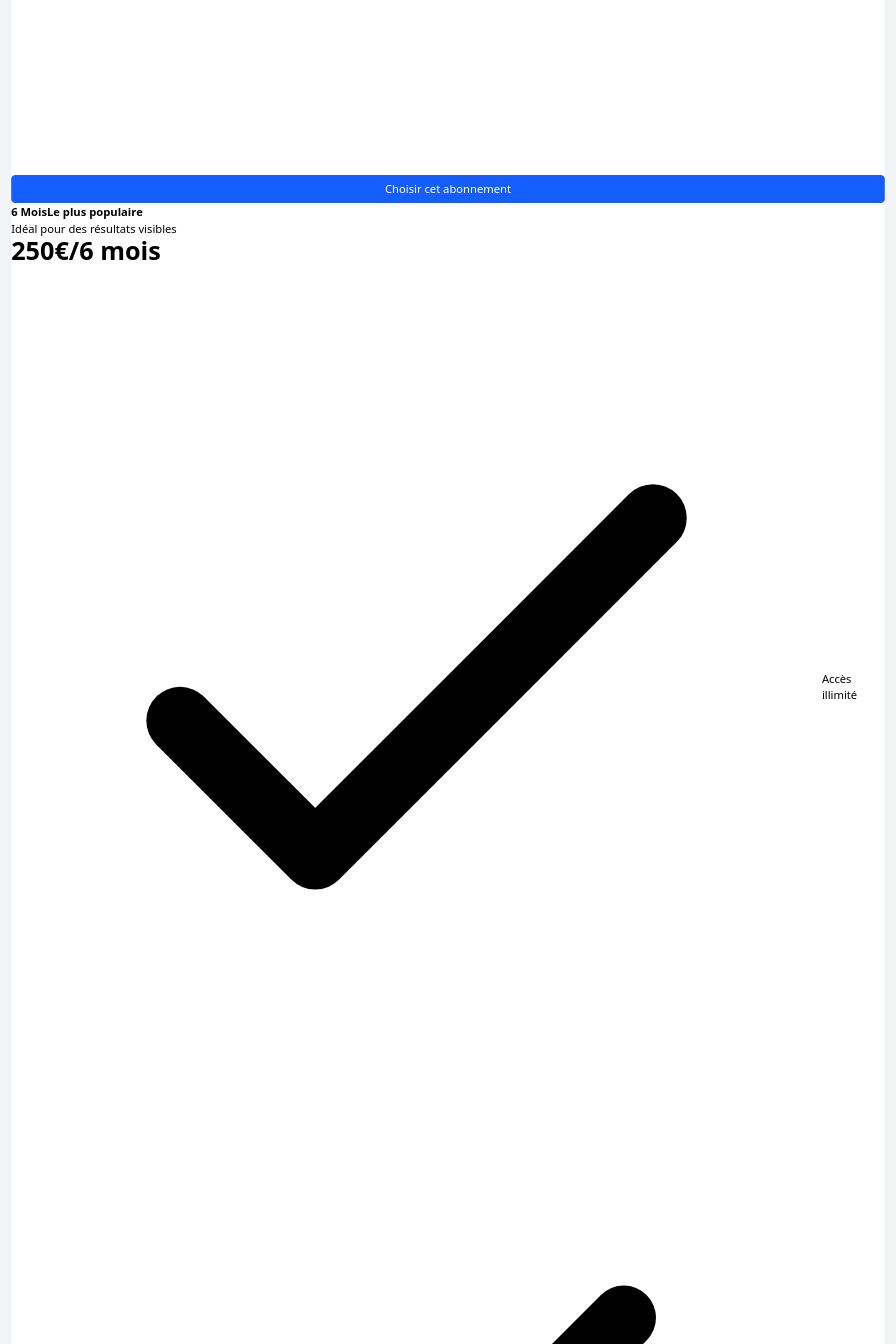
Repository: fahchouchsm/clubSportifWeb
Page: src/pages/showPricing.html
The author's editor kept a copy of each file at every save. The page is drawn from the files as they stood at one save, then again after the next save.
The browser window is 1280 px wide. The pictures show the part of the page from y = 3363 to 5283 px (the page is 14158 px tall before and 14152 px after), at 70% of full size.

Above is the page before, as saved 2025-04-19 18:46:30.

### src/pages/showPricing.html
<!doctype html>
<html lang="fr">
  <head>
    <meta charset="UTF-8" />
    <meta name="viewport" content="width=device-width, initial-scale=1.0" />
    <link rel="stylesheet" href="../css/output.css" />
    <title>Abonnements Gym</title>
  </head>
  <body class="flex min-h-screen items-center justify-center bg-gray-100">
    <div class="w-full max-w-7xl px-4 py-8">
      <h2 class="mb-8 text-center text-3xl font-bold">
        Choisissez Votre Abonnement
      </h2>
      <div class="flex flex-col gap-8 lg:flex-row">
        <!-- Abonnement 3 Mois -->
        <div
          class="flex flex-1 flex-col rounded-lg bg-white p-6 shadow-md transition-transform duration-300 hover:scale-105"
        >
          <h3 class="mb-4 text-xl font-semibold">3 Mois</h3>
          <p class="mb-4 text-gray-600">Parfait pour essayer notre salle</p>
          <p class="mb-6 text-4xl font-bold">
            150€<span class="text-xl font-normal text-gray-600">/3 mois</span>
          </p>
          <ul class="mb-6 flex-grow">
            <li class="mb-2 flex items-center">
              <svg
                class="mr-2 h-5 w-5 text-green-500"
                fill="none"
                stroke="currentColor"
                viewBox="0 0 24 24"
                xmlns="http://www.w3.org/2000/svg"
              >
                <path
                  stroke-linecap="round"
                  stroke-linejoin="round"
                  stroke-width="2"
                  d="M5 13l4 4L19 7"
                ></path>
              </svg>
              Accès illimité
            </li>
            <li class="mb-2 flex items-center">
              <svg
                class="mr-2 h-5 w-5 text-green-500"
                fill="none"
                stroke="currentColor"
                viewBox="0 0 24 24"
                xmlns="http://www.w3.org/2000/svg"
              >
                <path
                  stroke-linecap="round"
                  stroke-linejoin="round"
                  stroke-width="2"
                  d="M5 13l4 4L19 7"
                ></path>
              </svg>
              Cours collectifs inclus
            </li>
            <li class="mb-2 flex items-center">
              <svg
                class="mr-2 h-5 w-5 text-green-500"
                fill="none"
                stroke="currentColor"
                viewBox="0 0 24 24"
                xmlns="http://www.w3.org/2000/svg"
              >
                <path
                  stroke-linecap="round"
                  stroke-linejoin="round"
                  stroke-width="2"
                  d="M5 13l4 4L19 7"
                ></path>
              </svg>
              Accès 7j/7
            </li>
          </ul>
          <button
            class="rounded-md bg-blue-600 px-4 py-2 text-white transition duration-300 hover:bg-blue-700"
          >
            Choisir cet abonnement
          </button>
        </div>

        <!-- Abonnement 6 Mois -->
        <div
          class="flex flex-1 flex-col rounded-lg border-2 border-gray-900 bg-white p-6 shadow-md transition-transform duration-300 hover:scale-105"
        >
          <div class="flex justify-between">
            <h3 class="mb-4 text-xl font-semibold">6 Mois</h3>
            <div class="mb-2">
              <span
                class="rounded-full bg-blue-100 px-3 py-1 text-xs font-semibold text-blue-800"
                >Le plus populaire</span
              >
            </div>
          </div>
          <p class="mb-4 text-gray-600">Idéal pour des résultats visibles</p>
          <p class="mb-6 text-4xl font-bold">
            250€<span class="text-xl font-normal text-gray-600">/6 mois</span>
          </p>
          <ul class="mb-6 flex-grow">
            <li class="mb-2 flex items-center">
              <svg
                class="mr-2 h-5 w-5 text-green-500"
                fill="none"
                stroke="currentColor"
                viewBox="0 0 24 24"
                xmlns="http://www.w3.org/2000/svg"
              >
                <path
                  stroke-linecap="round"
                  stroke-linejoin="round"
                  stroke-width="2"
                  d="M5 13l4 4L19 7"
                ></path>
              </svg>
              Accès illimité
            </li>
            <li class="mb-2 flex items-center">
              <svg
                class="mr-2 h-5 w-5 text-green-500"
                fill="none"
                stroke="currentColor"
                viewBox="0 0 24 24"
                xmlns="http://www.w3.org/2000/svg"
              >
                <path
                  stroke-linecap="round"
                  stroke-linejoin="round"
                  stroke-width="2"
                  d="M5 13l4 4L19 7"
                ></path>
              </svg>
              Cours collectifs inclus
            </li>
            <li class="mb-2 flex items-center">
              <svg
                class="mr-2 h-5 w-5 text-green-500"
                fill="none"
                stroke="currentColor"
                viewBox="0 0 24 24"
                xmlns="http://www.w3.org/2000/svg"
              >
                <path
                  stroke-linecap="round"
                  stroke-linejoin="round"
                  stroke-width="2"
                  d="M5 13l4 4L19 7"
                ></path>
              </svg>
              Accès 7j/7
            </li>
            <li class="mb-2 flex items-center">
              <svg
                class="mr-2 h-5 w-5 text-green-500"
                fill="none"
                stroke="currentColor"
                viewBox="0 0 24 24"
                xmlns="http://www.w3.org/2000/svg"
              >
                <path
                  stroke-linecap="round"
                  stroke-linejoin="round"
                  stroke-width="2"
                  d="M5 13l4 4L19 7"
                ></path>
              </svg>
              1 séance coaching offerte
            </li>
          </ul>
          <button
            class="rounded-md bg-blue-600 px-4 py-2 text-white transition duration-300 hover:bg-blue-700"
          >
            Choisir cet abonnement
          </button>
        </div>

        <!-- Abonnement 1 An -->
        <div
          class="flex flex-1 flex-col rounded-lg bg-white p-6 shadow-md transition-transform duration-300 hover:scale-105"
        >
          <h3 class="mb-4 text-xl font-semibold">1 An</h3>
          <p class="mb-4 text-gray-600">Le meilleur rapport qualité-prix</p>
          <p class="mb-6 text-4xl font-bold">
            400€<span class="text-xl font-normal text-gray-600">/an</span>
          </p>
          <ul class="mb-6 flex-grow">
            <li class="mb-2 flex items-center">
              <svg
                class="mr-2 h-5 w-5 text-green-500"
                fill="none"
                stroke="currentColor"
                viewBox="0 0 24 24"
                xmlns="http://www.w3.org/2000/svg"
              >
                <path
                  stroke-linecap="round"
                  stroke-linejoin="round"
                  stroke-width="2"
                  d="M5 13l4 4L19 7"
                ></path>
              </svg>
              Accès illimité
            </li>
            <li class="mb-2 flex items-center">
              <svg
                class="mr-2 h-5 w-5 text-green-500"
                fill="none"
                stroke="currentColor"
                viewBox="0 0 24 24"
                xmlns="http://www.w3.org/2000/svg"
              >
                <path
                  stroke-linecap="round"
                  stroke-linejoin="round"
                  stroke-width="2"
                  d="M5 13l4 4L19 7"
                ></path>
              </svg>
              Cours collectifs inclus
            </li>
            <li class="mb-2 flex items-center">
              <svg
                class="mr-2 h-5 w-5 text-green-500"
                fill="none"
                stroke="currentColor"
                viewBox="0 0 24 24"
                xmlns="http://www.w3.org/2000/svg"
              >
                <path
                  stroke-linecap="round"
                  stroke-linejoin="round"
                  stroke-width="2"
                  d="M5 13l4 4L19 7"
                ></path>
              </svg>
              Accès 7j/7
            </li>
            <li class="mb-2 flex items-center">
              <svg
                class="mr-2 h-5 w-5 text-green-500"
                fill="none"
                stroke="currentColor"
                viewBox="0 0 24 24"
                xmlns="http://www.w3.org/2000/svg"
              >
                <path
                  stroke-linecap="round"
                  stroke-linejoin="round"
                  stroke-width="2"
                  d="M5 13l4 4L19 7"
                ></path>
              </svg>
              3 séances coaching offertes
            </li>
            <li class="mb-2 flex items-center">
              <svg
                class="mr-2 h-5 w-5 text-green-500"
                fill="none"
                stroke="currentColor"
                viewBox="0 0 24 24"
                xmlns="http://www.w3.org/2000/svg"
              >
                <path
                  stroke-linecap="round"
                  stroke-linejoin="round"
                  stroke-width="2"
                  d="M5 13l4 4L19 7"
                ></path>
              </svg>
              Évaluation gratuite
            </li>
          </ul>
          <button
            class="rounded-md bg-blue-600 px-4 py-2 text-white transition duration-300 hover:bg-blue-700"
          >
            Choisir cet abonnement
          </button>
        </div>
      </div>
    </div>
  </body>
</html>

Loaded but not shown: src/js/style.js (39 lines, source omitted); src/css/output.css (1058 lines, source omitted)

After the next save:
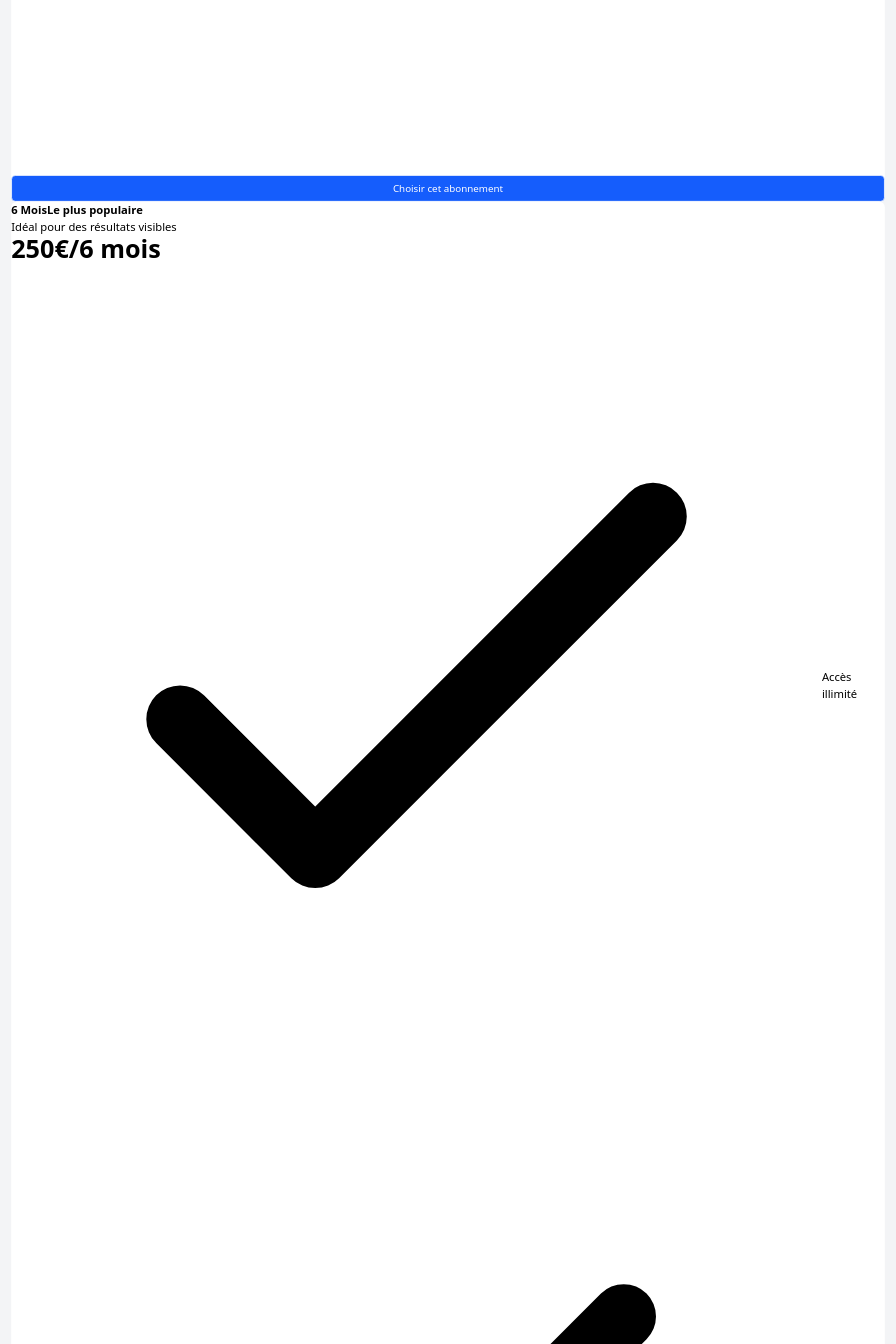
Saved 16 s later.
--- a/src/pages/showPricing.html
+++ b/src/pages/showPricing.html
@@ -279,5 +279,7 @@
         </div>
       </div>
     </div>
+
+    <script src="../js/style.js"></script>
   </body>
 </html>
